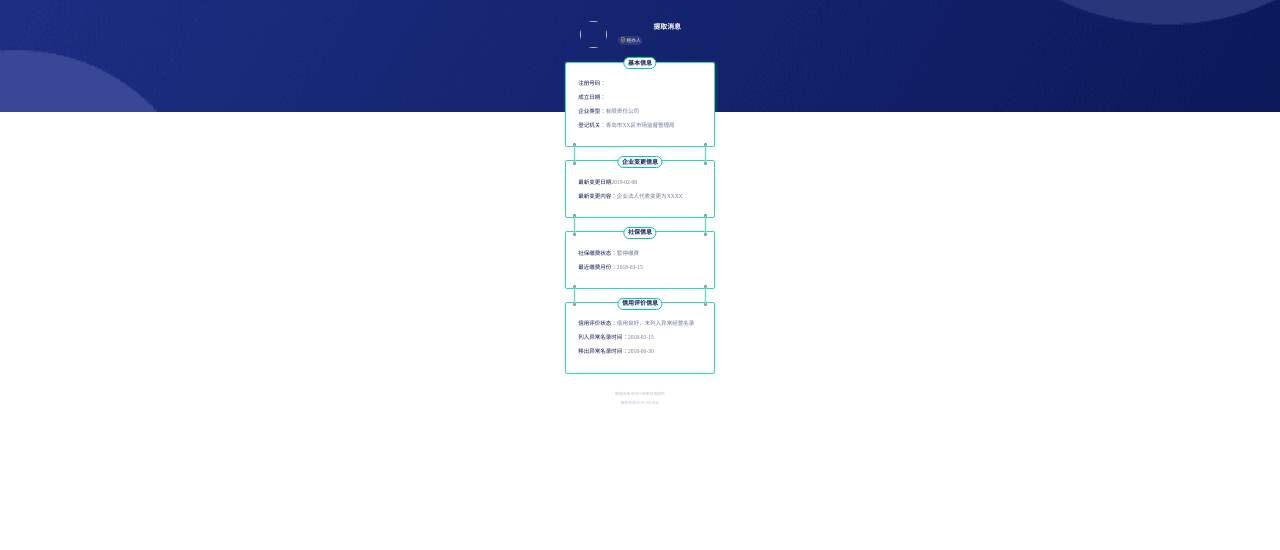
Repository: zlpstart/qingdao-new
Page: /Record
The author's editor kept a copy of each file at every save. The page is drawn from the files as they stood at one save, then again after the next save.
The browser window is 1280 px wide. The pictures show the whole page.
The page's requests for data from a server got no answer. Some web fonts or font styles are not loaded; a fallback is used. The project was rebuilt for these pictures with package versions that can differ from the ones it lists, and the page was loaded fresh each time. No one was signed in, and anything a server would have sent is missing. Also part of the build but not shown: src/components/MySpace.vue, src/components/Home.vue, src/components/Enterprise.vue, src/components/Opinion.vue, src/components/Opinion2.vue, src/components/Car.vue, src/components/House.vue, src/components/License.vue and 5 more.

Above is the page before, as saved 2019-09-22 21:52:11.

After the next save:
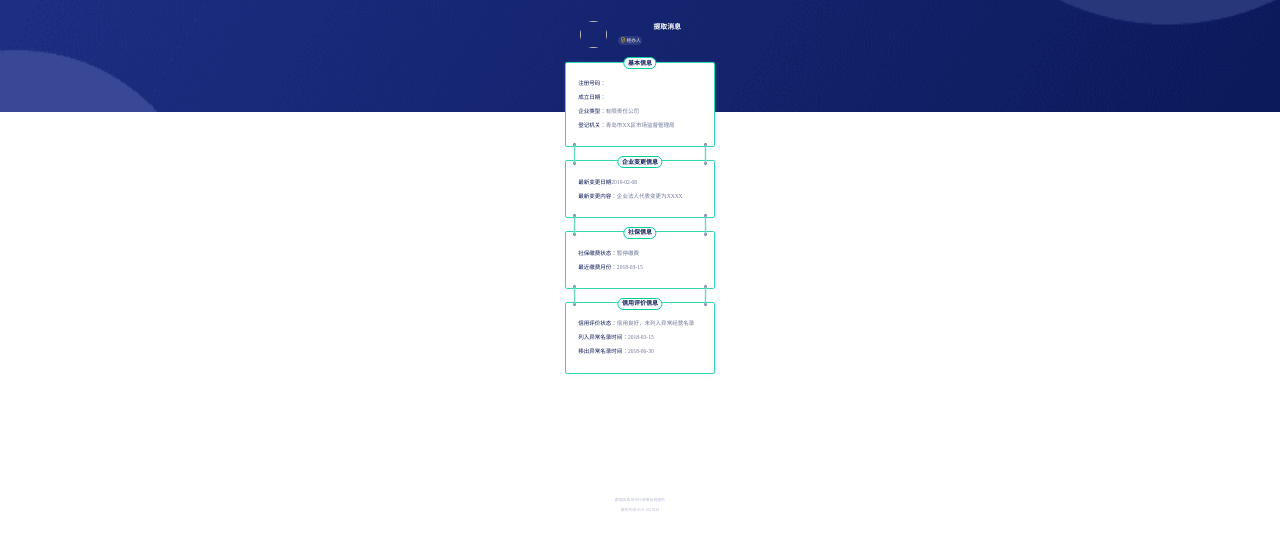
Saved 13 s later.
--- a/src/components/Record.vue
+++ b/src/components/Record.vue
@@ -221,6 +221,7 @@
           </div>
         </div>
         <div class="kong"></div>
+        <div class="kong2"></div>
         <div class="bottom" v-if="changeClass">
           <span></span>
           <p>数据由青岛市行政审批局提供</p>
